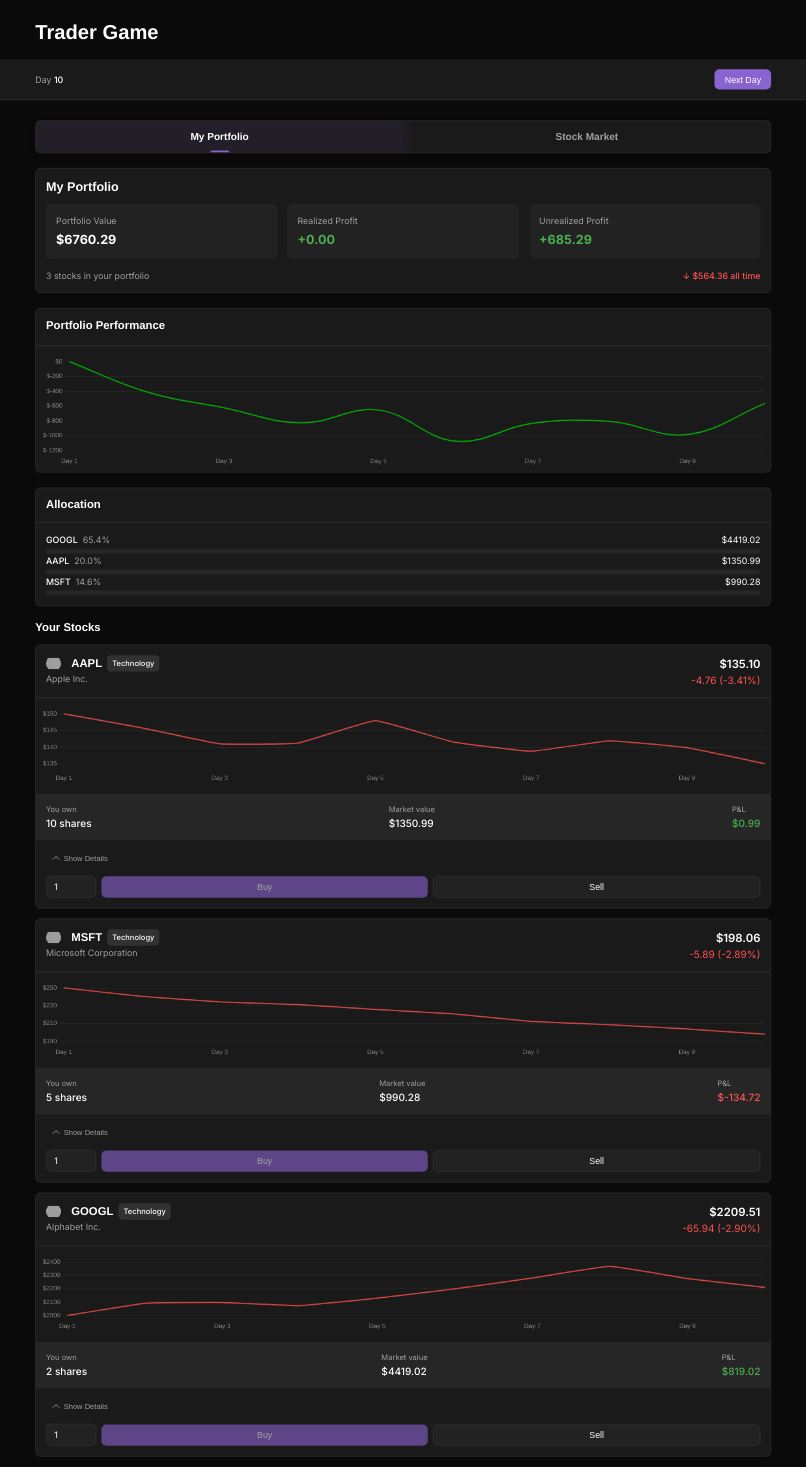
Repository: jp-valino/tradergame
Page: / (app in web-ui/)
An editor plug-in stored every save of this project. The page is shown before and after the next save, followed by the edit.
The browser window is 1280 px wide. The pictures show the whole page, at 63% of full size.
Pictures or frames that could not be fetched are drawn as grey boxes. Some web fonts or font styles are not loaded; a fallback is used. The project was rebuilt for these pictures with package versions that can differ from the ones it lists, and the page was loaded fresh each time. Also part of the build but not shown: web-ui/src/components/StockMarket.tsx.

Above is the page before, as saved 2025-03-14 20:34:10.

After the next save:
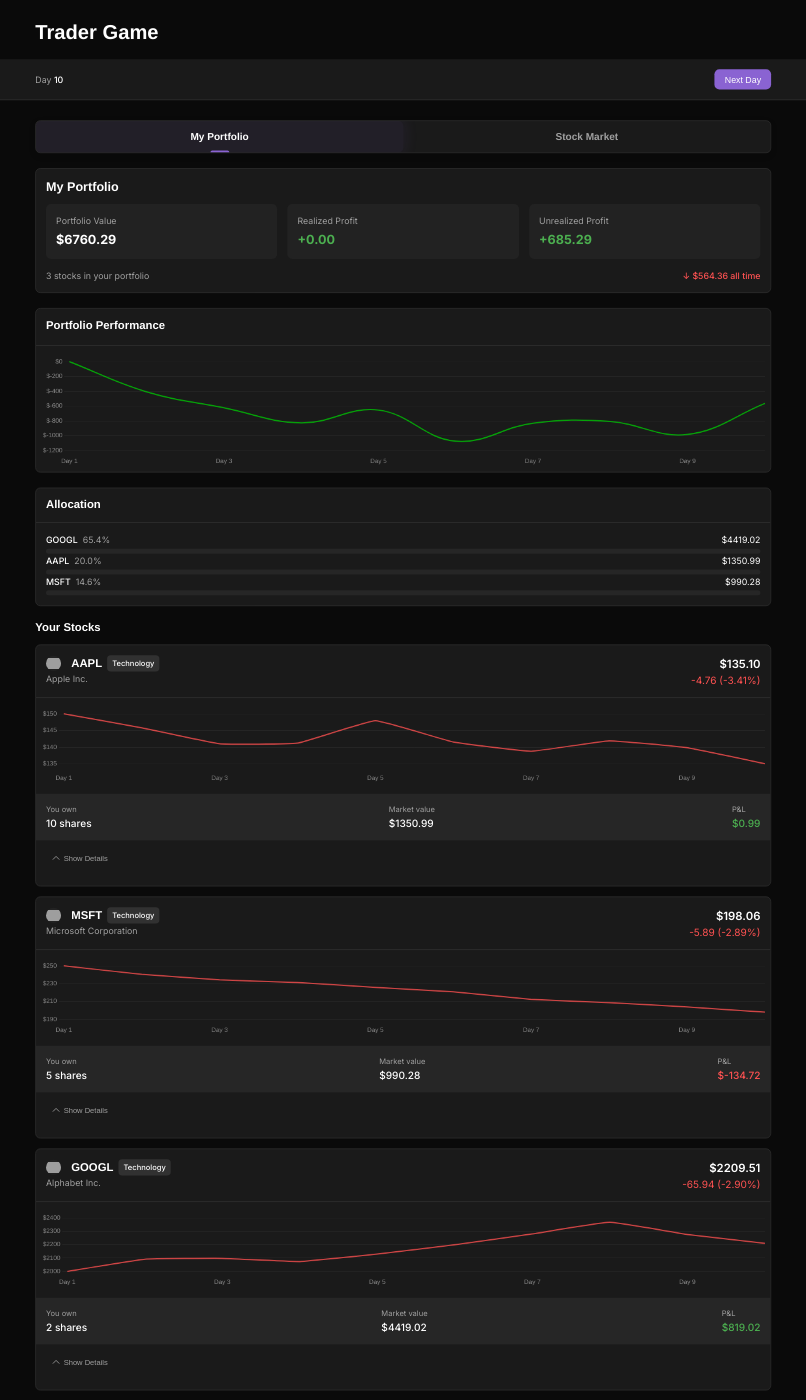
Saved 20 s later.
--- a/web-ui/src/components/StockCard.tsx
+++ b/web-ui/src/components/StockCard.tsx
@@ -297,31 +297,51 @@
           </div>
         )}
 
-        {showActions && (
-          <div className="flex gap-2 items-center">
-            <input
-              type="number"
-              min="1"
-              value={quantity}
-              onChange={handleQuantityChange}
-              className="input"
-              style={{ width: '80px' }}
-            />
-            <div className="flex-1 flex gap-2">
-              <button
-                className="btn flex-1"
-                onClick={() => onBuy && onBuy(stock.symbol, quantity)}
-                disabled={!onBuy}
-              >
-                Buy
-              </button>
-              <button
-                className="btn btn-secondary flex-1"
-                onClick={() => onSell && onSell(stock.symbol, quantity)}
-                disabled={!onSell || stock.quantity < quantity}
-              >
-                Sell
-              </button>
+        {showDetails && showActions && (
+          <div className="p-4 border-t border-color-border">
+            <div className="flex flex-col md:flex-row gap-4 items-center">
+              <div className="quantity-selector">
+                <button
+                  onClick={() => setQuantity(Math.max(1, quantity - 1))}
+                  aria-label="Decrease quantity"
+                >
+                  -
+                </button>
+                <input
+                  type="number"
+                  min="1"
+                  value={quantity}
+                  onChange={handleQuantityChange}
+                  aria-label="Quantity"
+                />
+                <button
+                  onClick={() => setQuantity(quantity + 1)}
+                  aria-label="Increase quantity"
+                >
+                  +
+                </button>
+              </div>
+
+              <div className="flex gap-2 w-full">
+                {onBuy && (
+                  <button
+                    className="btn flex-1"
+                    onClick={() => onBuy(stock.symbol, quantity)}
+                  >
+                    Buy
+                  </button>
+                )}
+
+                {onSell && stock.quantity > 0 && (
+                  <button
+                    className="btn btn-secondary flex-1"
+                    onClick={() => onSell(stock.symbol, quantity)}
+                    disabled={quantity > stock.quantity}
+                  >
+                    Sell
+                  </button>
+                )}
+              </div>
             </div>
           </div>
         )}
